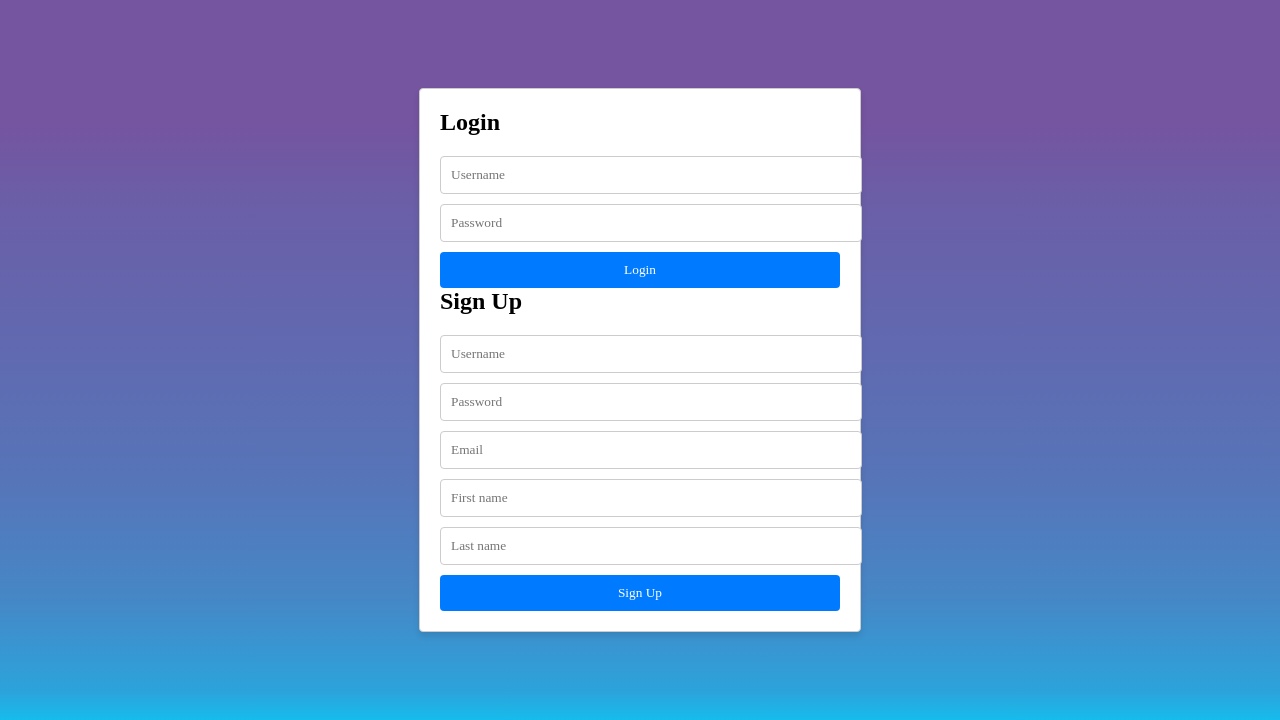
Repository: elqueben/message
Page: / (app in message-app/)
The author's editor kept a copy of each file at every save. The page is drawn from the files as they stood at one save, then again after a run of saves.
The browser window is 1280 px wide. The pictures show the whole page.
The project was rebuilt for these pictures with package versions that can differ from the ones it lists, and the page was loaded fresh each time. Also part of the build but not shown: message-app/vite.config.js.

Above is the page before, as saved 2023-05-08 15:28:02.

### message-app/src/style.css
* {
  font-family: Avenir;
}
body {
  margin: 0px;
}
.login-page {
  width: 100vw;
  height: 100vh;
  background: linear-gradient(
    180deg,
    rgba(117, 84, 160, 1) 7%,
    rgba(117, 84, 160, 1) 17%,
    rgba(106, 95, 168, 1) 29%,
    rgba(99, 103, 174, 1) 44%,
    rgba(87, 116, 184, 1) 66%,
    rgba(70, 135, 198, 1) 83%,
    rgba(44, 163, 219, 1) 96%,
    rgba(22, 188, 237, 1) 100%,
    rgba(0, 212, 255, 1) 100%
  );
}

/* Add the Bootstrap classes to the login page elements */
.login-page {
  display: flex;
  justify-content: center;
  align-items: center;
  height: 100vh;
}

.card {
  width: 400px;
  padding: 20px;
  border: 1px solid #ccc;
  border-radius: 4px;
  background-color: #fff;
  box-shadow: 0 4px 6px rgba(0, 0, 0, 0.1);
}

.title {
  font-size: 24px;
  font-weight: bold;
  margin-bottom: 20px;
}

input {
  width: 100%;
  padding: 10px;
  margin-bottom: 10px;
  border: 1px solid #ccc;
  border-radius: 4px;
}

button {
  width: 100%;
  padding: 10px;
  background-color: #007bff;
  color: #fff;
  border: none;
  border-radius: 4px;
  cursor: pointer;
}

button:hover {
  background-color: #0056b3;
}

### message-app/src/App.vue
<script setup>
import AuthPage from "./AuthPage/index.vue";
//import ChatsPage from "./ChatsPage/index.vue";
</script>

<template>
  <AuthPage v-if="!user" @onAuth="handleAuth" />
  <ChatsPage
    v-else
    v-bind:username="user.username"
    v-bind:secret="user.secret"
  />
</template>

<script>
export default {
  data() {
    return {
      user: undefined,
    };
  },
  methods: {
    handleAuth(user) {
      this.user = user;
    },
  },
};
</script>

### message-app/src/AuthPage/index.vue
<template>
    <div class="login-page">
      <div class="card">
        <form @submit.prevent="login">
          <div class="title">Login</div>
          <input placeholder="Username" type="text" v-model="username" />
          <br />
          <input placeholder="Password" type="password" v-model="password" />
          <br />
          <button type="submit">Login</button>
        </form>

        <form @submit.prevent="signup">
          <div class="title">Sign Up</div>
          <input
            class="input"
            placeholder="Username"
            type="text"
            v-model="username"
          />
          <br />
          <input placeholder="Password" type="password" v-model="password" />
          <br />
          <input placeholder="Email" type="text" v-model="email" />
          <br />
          <input placeholder="First name" type="text" v-model="first_name" />
          <br />
          <input placeholder="Last name" type="text" v-model="last_name" />
          <br />
          <button type="submit">Sign Up</button>
        </form>
      </div>
    </div>
  </template>

  <script>
  // import { loginRest, signupRest } from "./api";

  export default {
    data() {
      return {
        username: "",
        password: "",
        email: "",
        first_name: "",
        last_name: "",
      };
    },
    methods: {
      login() {
        // loginRest(this.username, this.password)
        //   .then((response) =>
        //     this.$emit("onAuth", { ...response.data, secret: this.password })
        //   )
        //   .catch((error) => console.log("Login error", error));
      },
      signup() {
        // signupRest(
        //   this.username,
        //   this.password,
        //   this.email,
        //   this.first_name,
        //   this.last_name
        // )
        //   .then((response) =>
        //     this.$emit("onAuth", { ...response.data, secret: this.password })
        //   )
        //   .catch((error) => console.log("Sign up error", error));
      },
    },
  };
  </script>

Loaded but not shown: message-app/index.html (common file); message-app/src/main.js (common file)

After the next 2 saves:
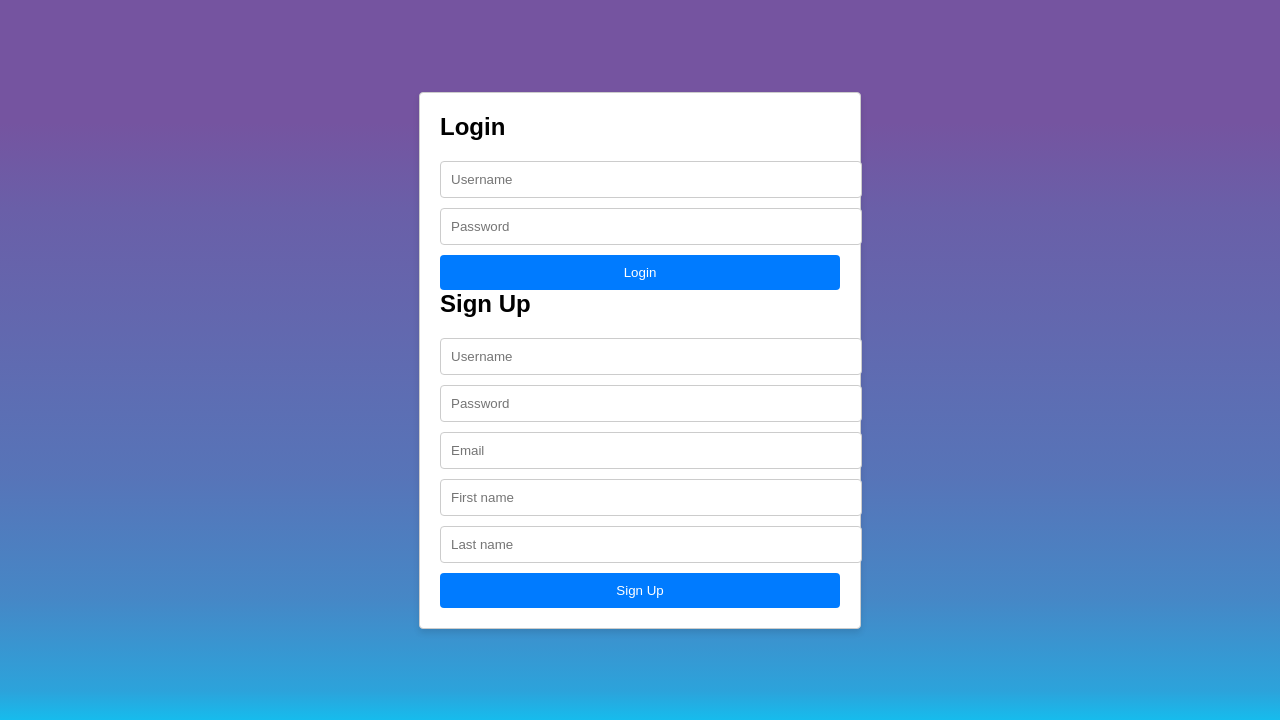
The 2 saves are shown as one change because they came seconds apart.
The last was saved 74 s later.
--- a/message-app/src/style.css
+++ b/message-app/src/style.css
@@ -1,5 +1,5 @@
 * {
-  font-family: Avenir;
+  font-family: Arial;
 }
 body {
   margin: 0px;
